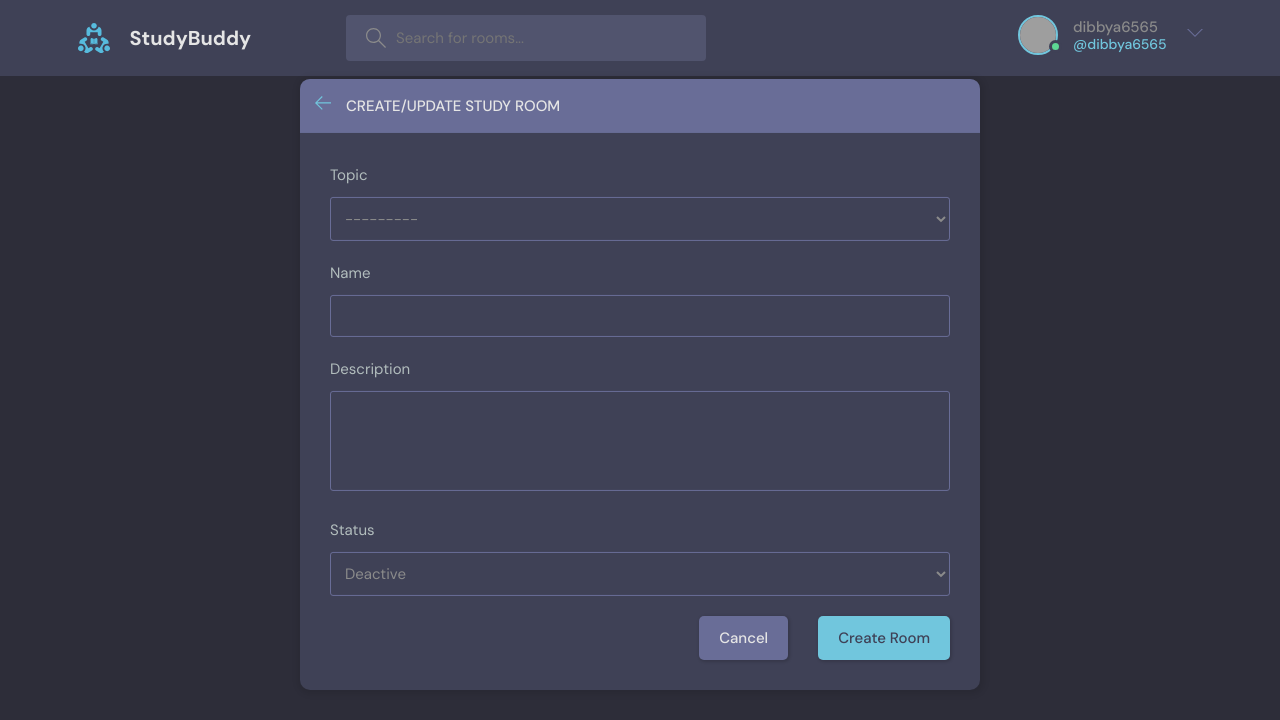
Repository: Dibbya65/Django-Basic
Page: http://localhost/create/room/
An editor plug-in stored every save of this project. The page is shown before and after the next save, followed by the edit.
The browser window is 1280 px wide. The pictures show the whole page.
Pictures or frames that could not be fetched are drawn as grey boxes. The page is served by the project's application, run on Django 3.2 (manage.py). The first stored user is signed in. The page reads the database file committed with the project.

Above is the page before, as saved 2021-11-19 23:49:07.

After the next save:
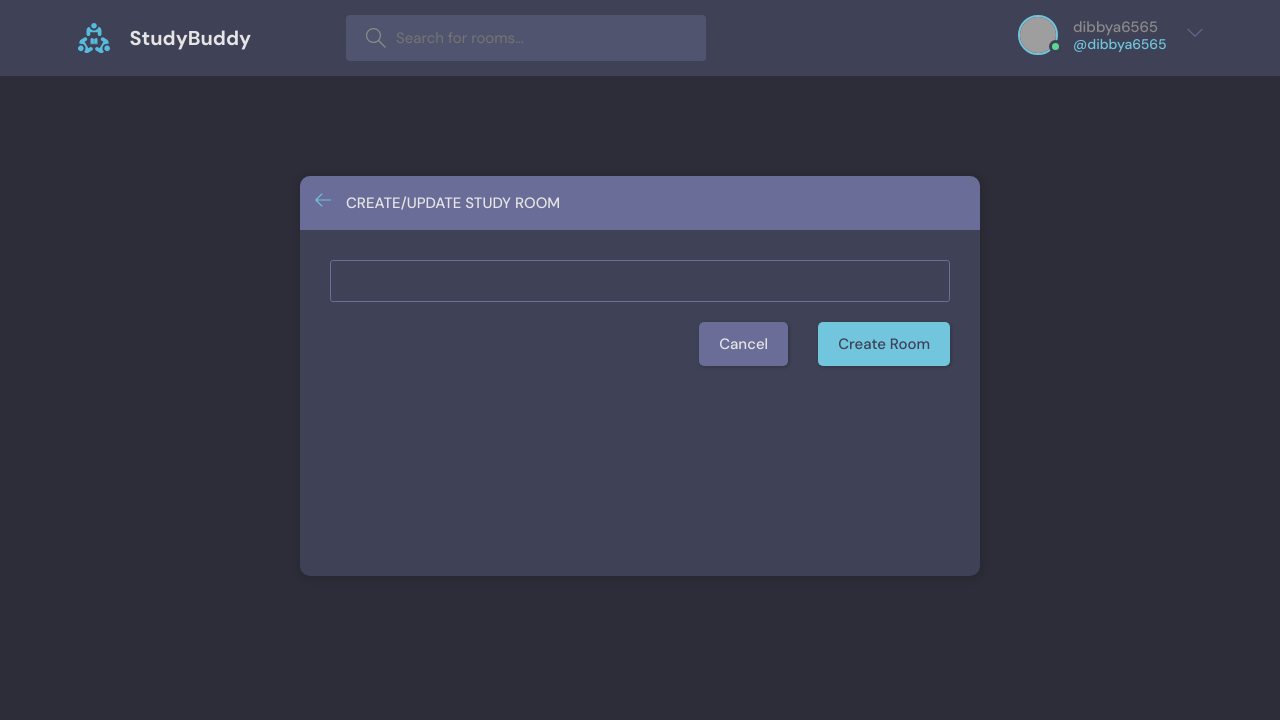
Saved 112 s later.
--- a/base/templates/base/room_form.html
+++ b/base/templates/base/room_form.html
@@ -30,14 +30,14 @@
                 <form class="form" action="" method="POST">
                     {% csrf_token %}
 
-                    {% for field in form  %}
+
                     <div class="form__group">
                         <label for="room_name">{{field.label}}</label>
                         {% comment %} <input id="room_name" name="room_name" type="text"
                             placeholder="E.g. Mastering Python + Django" /> {% endcomment %}
-                            {{field}}
+                            {{form.name}}
                     </div>
-                     {% endfor %}
+
 
                     <!-- <div class="form__group">
                         <label for="room_topic">Topic</label>
